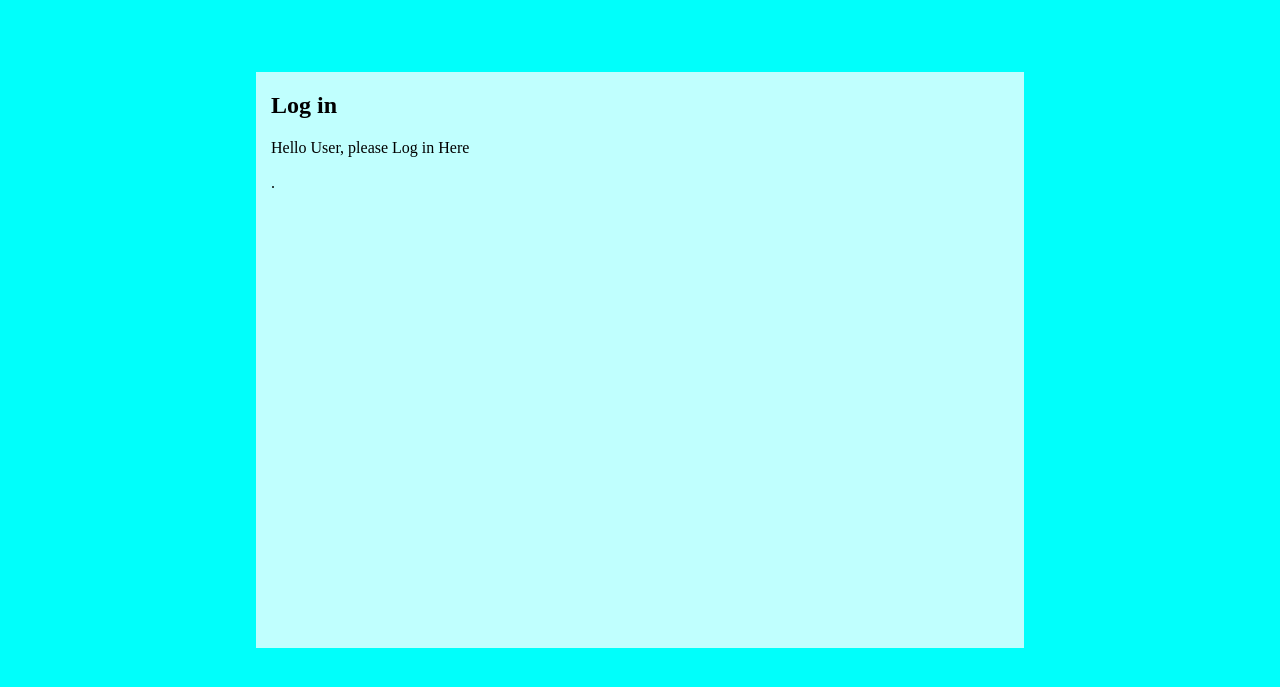
Repository: FaisalFahed/login-page
Page: html/صفحة تسجيل دخول.html
An editor plug-in stored every save of this project. The page is shown before and after a run of saves, followed by the edit.
The browser window is 1280 px wide. The pictures show the whole page.
Some web fonts or font styles are not loaded; a fallback is used.

Above is the page before, as saved 2025-04-01 08:04:02.

### html/صفحة تسجيل دخول.html
<!DOCTYPE html>
<html lang="en">
<head>
    <meta charset="UTF-8">
    <meta name="viewport" content="width=device-width, initial-scale=1.0">
    <link rel="stylesheet" href="css/normlaize.css">
    <link rel="stylesheet" href="../css/صفحة تسجيل دخول.css">
    <!-- Font Awesome -->
    <link rel="stylesheet" href="../css/all.min.css">
    <!-- Google Fonts -->
    <link rel="preconnect" href="https://fonts.googleapis.com">
    <link rel="preconnect" href="https://fonts.gstatic.com" crossorigin>
    <link href="https://fonts.googleapis.com/css2?family=Markazi+Text:wght@400..700&display=swap" rel="stylesheet">
    <title>Faisal | صفحة تسجيل دخول</title>
</head>
    <body>
        <div class="container">
            <div class="text">
                <h2>Log in</h2>
                <p>Hello User, please Log in Here</p>
            </div>
            .
        </div>
    </body>
</html>

### css/normlaize.css
/*! normalize.css v8.0.1 | MIT License | github.com/necolas/normalize.css */

/* Document
   ========================================================================== */

/**
 * 1. Correct the line height in all browsers.
 * 2. Prevent adjustments of font size after orientation changes in iOS.
 */

 html {
  line-height: 1.15; /* 1 */
  -webkit-text-size-adjust: 100%; /* 2 */
}

/* Sections
   ========================================================================== */

/**
 * Remove the margin in all browsers.
 */

body {
  margin: 0;
}

/**
 * Render the `main` element consistently in IE.
 */

main {
  display: block;
}

/**
 * Correct the font size and margin on `h1` elements within `section` and
 * `article` contexts in Chrome, Firefox, and Safari.
 */

h1 {
  font-size: 2em;
  margin: 0.67em 0;
}

/* Grouping content
   ========================================================================== */

/**
 * 1. Add the correct box sizing in Firefox.
 * 2. Show the overflow in Edge and IE.
 */

hr {
  box-sizing: content-box; /* 1 */
  height: 0; /* 1 */
  overflow: visible; /* 2 */
}

/**
 * 1. Correct the inheritance and scaling of font size in all browsers.
 * 2. Correct the odd `em` font sizing in all browsers.
 */

pre {
  font-family: monospace, monospace; /* 1 */
  font-size: 1em; /* 2 */
}

/* Text-level semantics
   ========================================================================== */

/**
 * Remove the gray background on active links in IE 10.
 */

a {
  background-color: transparent;
}

/**
 * 1. Remove the bottom border in Chrome 57-
 * 2. Add the correct text decoration in Chrome, Edge, IE, Opera, and Safari.
 */

abbr[title] {
  border-bottom: none; /* 1 */
  text-decoration: underline; /* 2 */
  text-decoration: underline dotted; /* 2 */
}

/**
 * Add the correct font weight in Chrome, Edge, and Safari.
 */

b,
strong {
  font-weight: bolder;
}

/**
 * 1. Correct the inheritance and scaling of font size in all browsers.
 * 2. Correct the odd `em` font sizing in all browsers.
 */

code,
kbd,
samp {
  font-family: monospace, monospace; /* 1 */
  font-size: 1em; /* 2 */
}

/**
 * Add the correct font size in all browsers.
 */

small {
  font-size: 80%;
}

/**
 * Prevent `sub` and `sup` elements from affecting the line height in
 * all browsers.
 */

sub,
sup {
  font-size: 75%;
  line-height: 0;
  position: relative;
  vertical-align: baseline;
}

sub {
  bottom: -0.25em;
}

sup {
  top: -0.5em;
}

/* Embedded content
   ========================================================================== */

/**
 * Remove the border on images inside links in IE 10.
 */

img {
  border-style: none;
}

/* Forms
   ========================================================================== */

/**
 * 1. Change the font styles in all browsers.
 * 2. Remove the margin in Firefox and Safari.
 */

button,
input,
optgroup,
select,
textarea {
  font-family: inherit; /* 1 */
  font-size: 100%; /* 1 */
  line-height: 1.15; /* 1 */
  margin: 0; /* 2 */
}

/**
 * Show the overflow in IE.
 * 1. Show the overflow in Edge.
 */

button,
input { /* 1 */
  overflow: visible;
}

/**
 * Remove the inheritance of text transform in Edge, Firefox, and IE.
 * 1. Remove the inheritance of text transform in Firefox.
 */

button,
select { /* 1 */
  text-transform: none;
}

/**
 * Correct the inability to style clickable types in iOS and Safari.
 */

button,
[type="button"],
[type="reset"],
[type="submit"] {
  -webkit-appearance: button;
}

/**
 * Remove the inner border and padding in Firefox.
 */

button::-moz-focus-inner,
[type="button"]::-moz-focus-inner,
[type="reset"]::-moz-focus-inner,
[type="submit"]::-moz-focus-inner {
  border-style: none;
  padding: 0;
}

/**
 * Restore the focus styles unset by the previous rule.
 */

button:-moz-focusring,
[type="button"]:-moz-focusring,
[type="reset"]:-moz-focusring,
[type="submit"]:-moz-focusring {
  outline: 1px dotted ButtonText;
}

/**
 * Correct the padding in Firefox.
 */

fieldset {
  padding: 0.35em 0.75em 0.625em;
}

/**
 * 1. Correct the text wrapping in Edge and IE.
 * 2. Correct the color inheritance from `fieldset` elements in IE.
 * 3. Remove the padding so developers are not caught out when they zero out
 *    `fieldset` elements in all browsers.
 */

legend {
  box-sizing: border-box; /* 1 */
  color: inherit; /* 2 */
  display: table; /* 1 */
  max-width: 100%; /* 1 */
  padding: 0; /* 3 */
  white-space: normal; /* 1 */
}

/**
 * Add the correct vertical alignment in Chrome, Firefox, and Opera.
 */

progress {
  vertical-align: baseline;
}

/**
 * Remove the default vertical scrollbar in IE 10+.
 */

textarea {
  overflow: auto;
}

/**
 * 1. Add the correct box sizing in IE 10.
 * 2. Remove the padding in IE 10.
 */

[type="checkbox"],
[type="radio"] {
  box-sizing: border-box; /* 1 */
  padding: 0; /* 2 */
}

/**
 * Correct the cursor style of increment and decrement buttons in Chrome.
 */

[type="number"]::-webkit-inner-spin-button,
[type="number"]::-webkit-outer-spin-button {
  height: auto;
}

/**
 * 1. Correct the odd appearance in Chrome and Safari.
 * 2. Correct the outline style in Safari.
 */

[type="search"] {
  -webkit-appearance: textfield; /* 1 */
  outline-offset: -2px; /* 2 */
}

/**
 * Remove the inner padding in Chrome and Safari on macOS.
 */

[type="search"]::-webkit-search-decoration {
  -webkit-appearance: none;
}

/**
 * 1. Correct the inability to style clickable types in iOS and Safari.
 * 2. Change font properties to `inherit` in Safari.
 */

::-webkit-file-upload-button {
  -webkit-appearance: button; /* 1 */
  font: inherit; /* 2 */
}

/* Interactive
   ========================================================================== */

/*
 * Add the correct display in Edge, IE 10+, and Firefox.
 */

details {
  display: block;
}

/*
 * Add the correct display in all browsers.
 */

summary {
  display: list-item;
}

/* Misc
   ========================================================================== */

/**
 * Add the correct display in IE 10+.
 */

template {
  display: none;
}

/**
 * Add the correct display in IE 10.
 */

[hidden] {
  display: none;
}

### css/صفحة تسجيل دخول.css
*{
    box-sizing: border-box;
}

:root{
    --main-color: #ff1f1fd6;
    --main-color-alt: #1787E0;
    --main-transition-duration: 0.3s;
    --main-padding-top: 100px;
    --main-padding-bottom: 100px;
    --section-background: #ECECEC;
}

html{
    scroll-behavior: smooth;
}

body{
    font-family: "Markazi Text", serif;
    background-color: #00fffb;
    display: flex;
    width: 100vw;
    height: 100vh;
    justify-content: center;
    align-items: center;
}

a{
    text-decoration: none;
}

ul{
    list-style: none;
    padding: 0;
    margin: 0;
}

.container{
    padding-left: 15px;
    padding-right: 15px;
    margin-left: auto;
    margin-right: auto;
    background-color: rgba(255, 255, 255, 0.753);
    height: 80vh;
    width: 60vw;
}

/* @media (min-width:768px){
    .container{
        width: 750px;
    }
}

@media (min-width:992px){
    .container{
        width: 970px;
    }
}

@media (min-width:1200px){
    .container{
        width: 1170px;
    }
} */

Loaded but not shown: css/all.min.css (library)

After the next 2 saves:
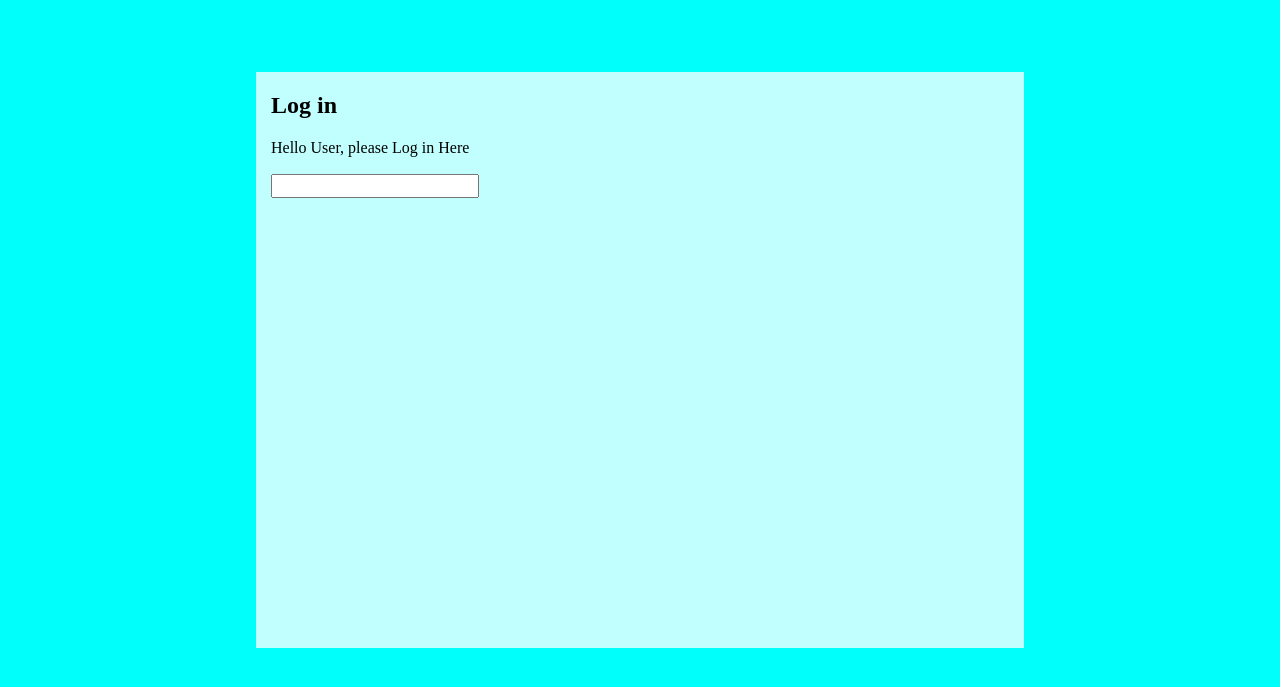
The 2 saves are shown as one change because they came seconds apart.
The last was saved 11 s later.
--- a/html/صفحة تسجيل دخول.html
+++ b/html/صفحة تسجيل دخول.html
@@ -19,7 +19,9 @@
                 <h2>Log in</h2>
                 <p>Hello User, please Log in Here</p>
             </div>
-            .
+            <div class="log-in">
+                <input type="text">
+            </div>
         </div>
     </body>
 </html>
